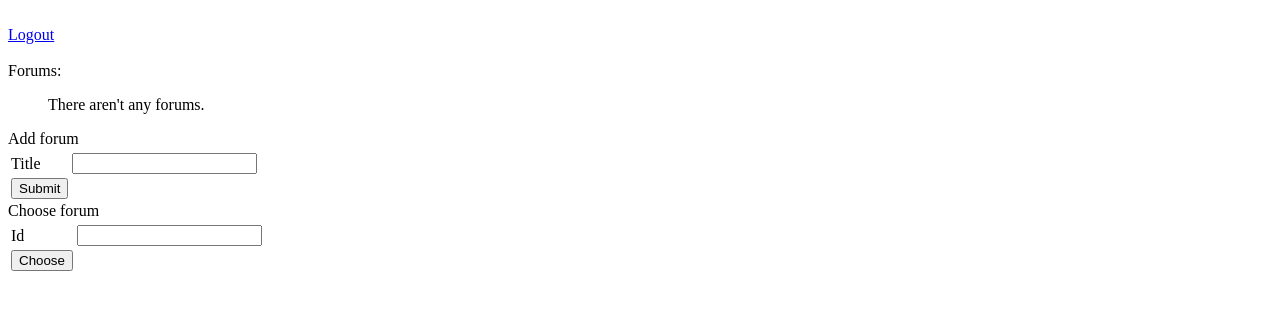
Repository: TeodorZlatev/Homework
Page: http://localhost/Web/forum.jsp
An editor plug-in stored every save of this project. The page is shown before and after a run of saves, followed by the edit.
The browser window is 1280 px wide. The pictures show the whole page.
The page is served by Tomcat 9. Queries for data that is not in the repository find no rows.

Above is the page before, as saved 2016-04-26 20:16:23.

After the next 2 saves:
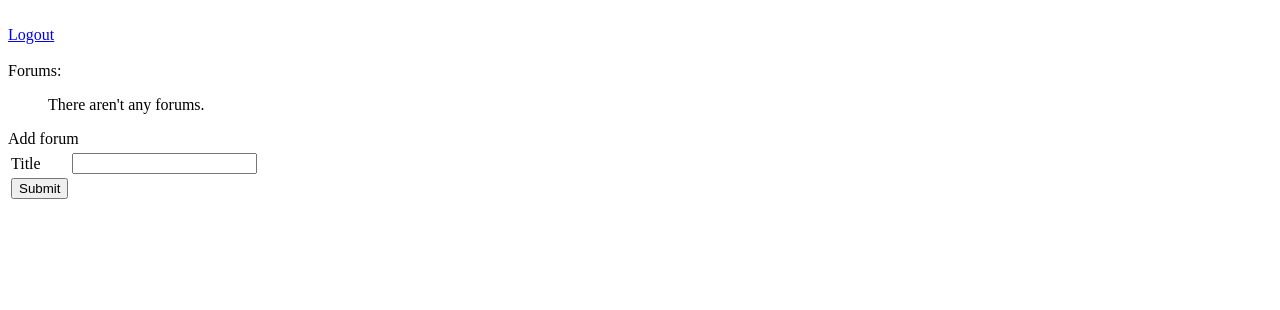
The 2 saves are shown as one change because they came seconds apart.
The last was saved 106 s later.
--- a/HomeworkWeb/Web/WebContent/forum.jsp
+++ b/HomeworkWeb/Web/WebContent/forum.jsp
@@ -12,9 +12,9 @@
 <body>
 	<br />
 	<a href="Logout">Logout</a>
-	<br /><br/>
-	Forums:
-	<br/>
+	<br />
+	<br /> Forums:
+	<br />
 	<ul>
 		<%
 			List<Forum> list = DBManager.getAllForums();
@@ -23,10 +23,11 @@
 			}
 			for (int i = 0; i < list.size(); i++) {
 		%>
-		<li>
-		<a href="topic.jsp?forumId=<%=list.get(i).getId() %>" ><%=list.get(i).getTitle()%></a>
+		<li><a href="topic.jsp?forumId=<%=list.get(i).getId()%>"><%=list.get(i).getTitle()%></a>
 		</li>
-		<%} %>
+		<%
+			}
+		%>
 	</ul>
 	<form action="addForum" method="post">
 		<table>
@@ -42,20 +43,5 @@
 			</tr>
 		</table>
 	</form>
-	<form action="topic.jsp" method="post">
-		<table>
-			<tr>Choose forum
-			</tr>
-			<tr>
-				<td>Id</td>
-				<td><input type="text" name="forumId" /></td>
-			</tr>
-
-			<tr>
-				<td><input type="submit" value="Choose" /></td>
-			</tr>
-		</table>
-	</form>
-
 </body>
 </html>
